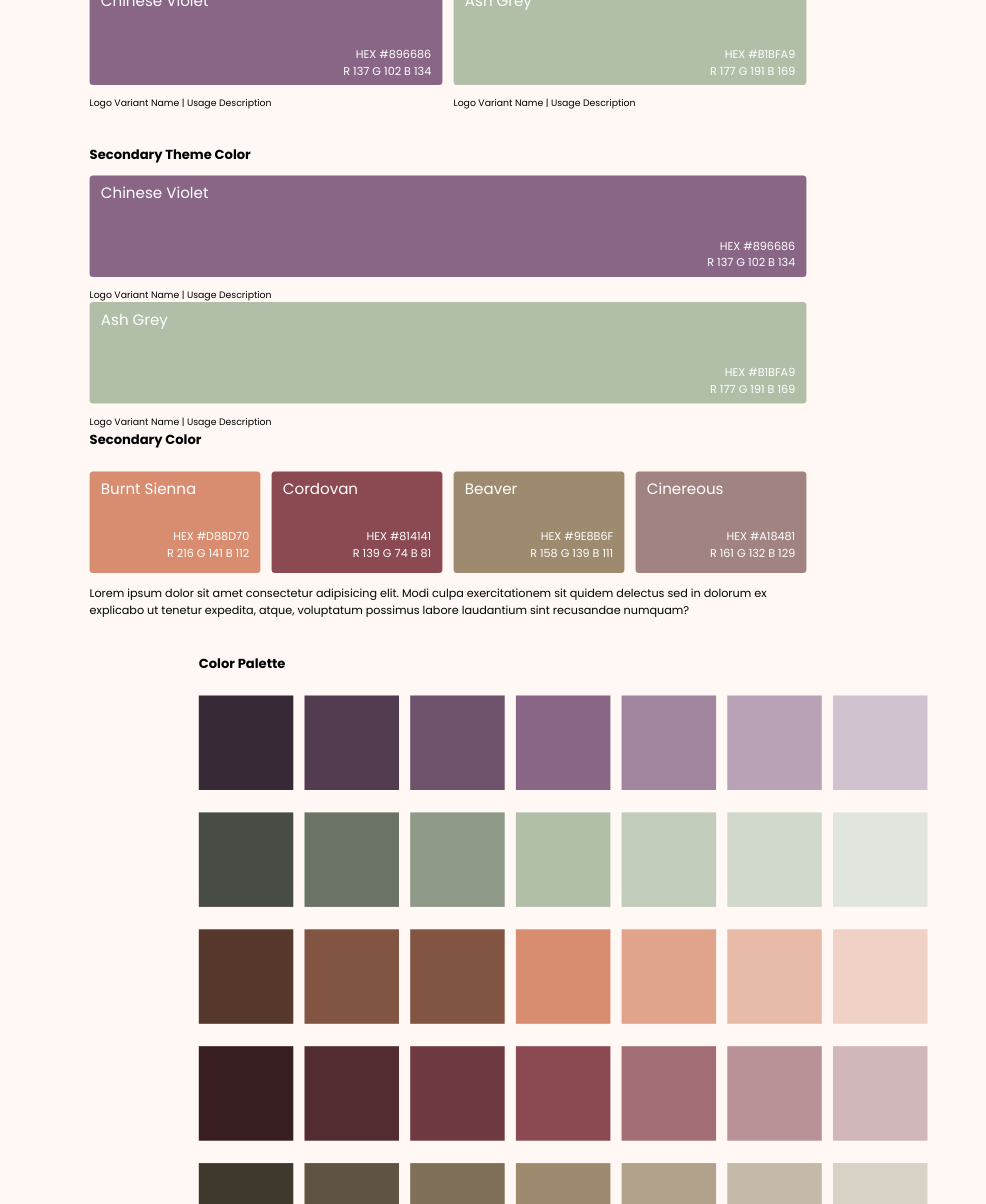
Repository: kionale/Antibullying-Project_Design-Guide
Page: color.html
An editor plug-in stored every save of this project. The page is shown before and after the next save, followed by the edit.
The browser window is 1280 px wide. The page is 1408 px wide, so the pictures cover 1408 px, including what lies to the right of the window. The pictures show the part of the page from y = 572 to 2292 px (the page is 2608 px tall before and 2479 px after), at 70% of full size.

Above is the page before, as saved 2023-03-11 01:40:38.

After the next save:
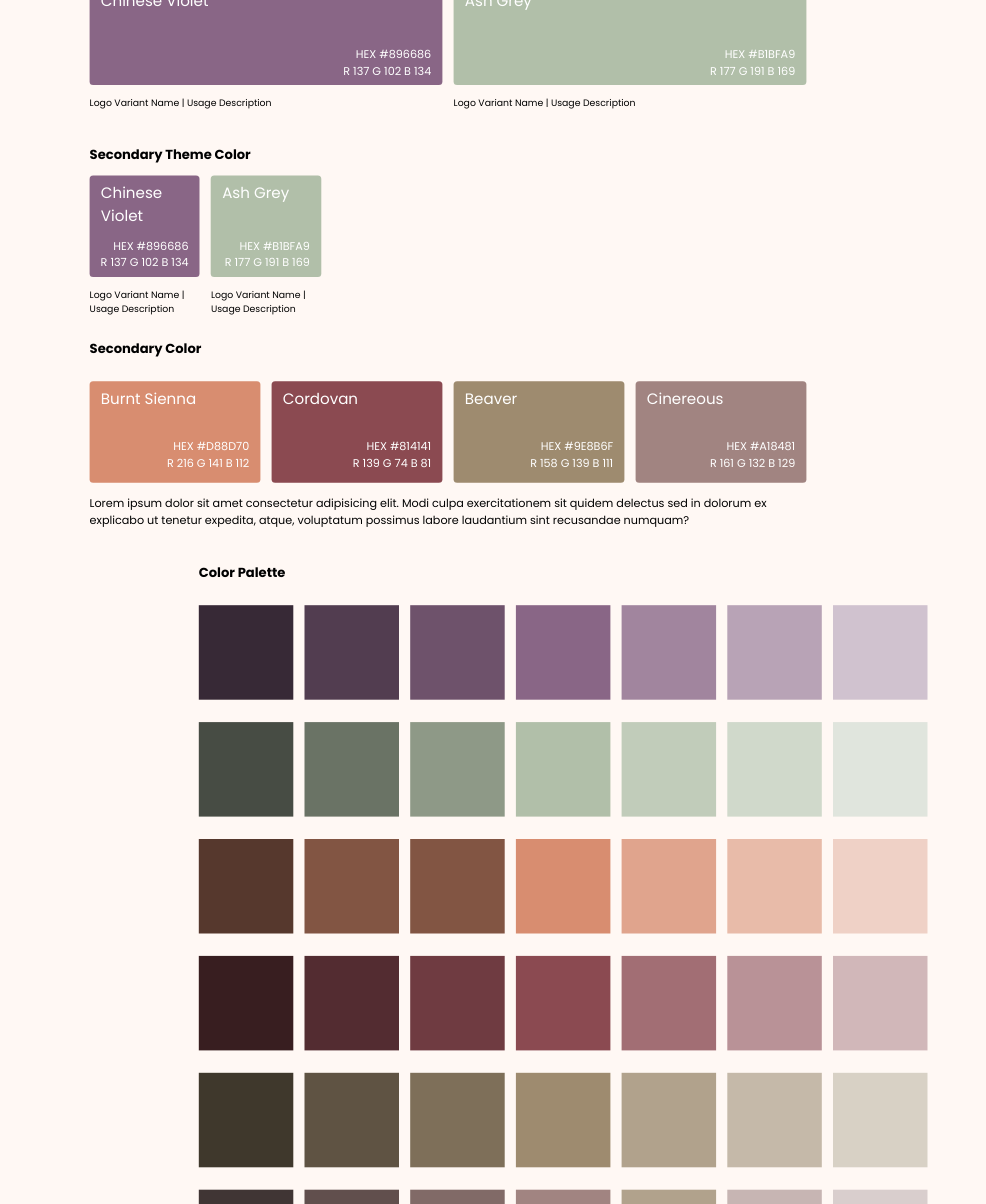
Saved 12 s later.
--- a/color.css
+++ b/color.css
@@ -176,6 +176,13 @@
     margin-bottom: 2rem;
 }
 
+.columnSix {
+    display: grid;
+    grid-template-columns: repeat(6, 1fr);
+    gap: 1rem;
+    margin-bottom: 2rem;
+}
+
 .subCard {
     display: flex;
     flex-direction: column;

After the save that followed:
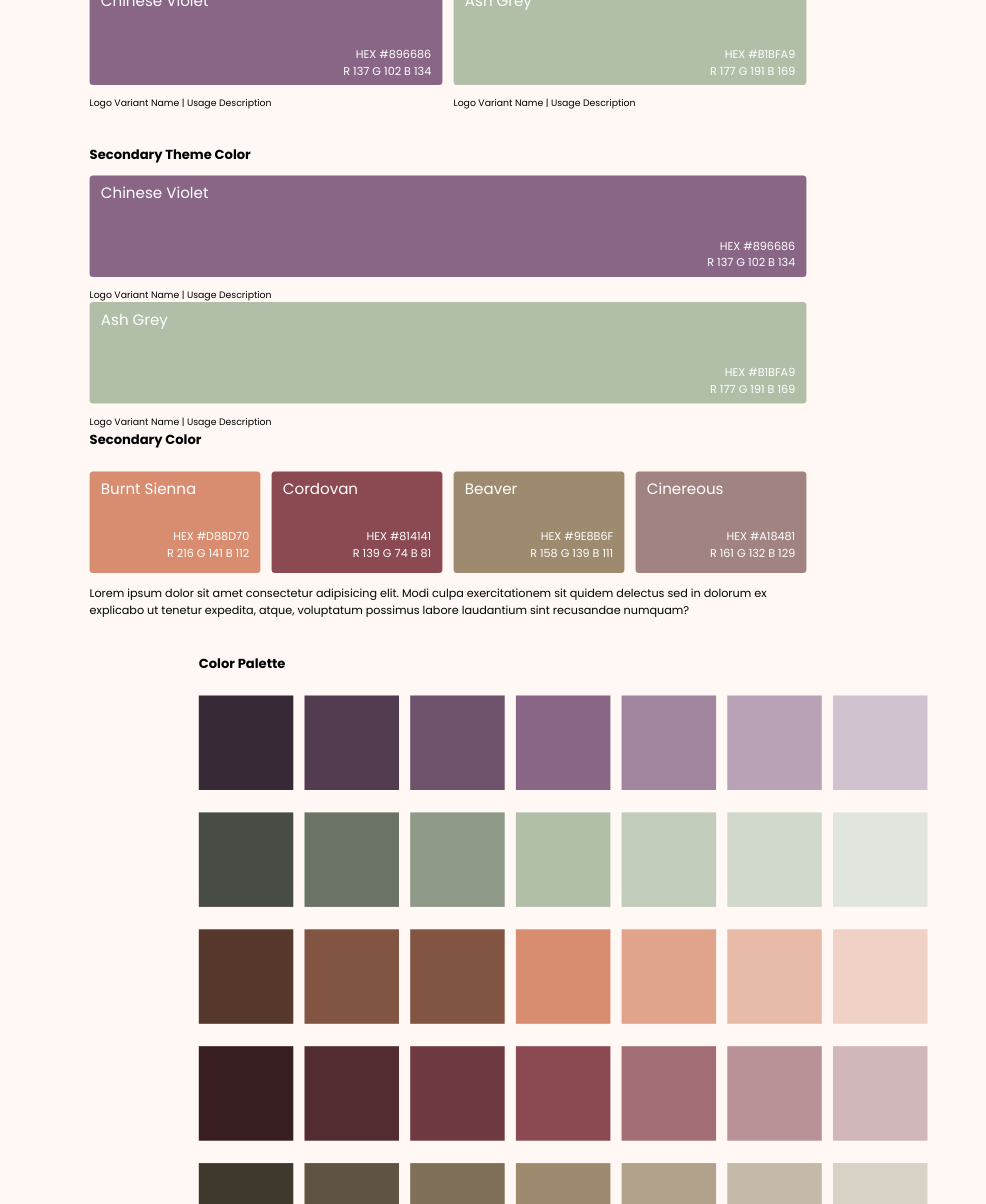
Saved 18 s later.
--- a/color.css
+++ b/color.css
@@ -176,9 +176,9 @@
     margin-bottom: 2rem;
 }
 
-.columnSix {
+.columnFour {
     display: grid;
-    grid-template-columns: repeat(6, 1fr);
+    grid-template-columns: repeat(4, 1fr);
     gap: 1rem;
     margin-bottom: 2rem;
 }
